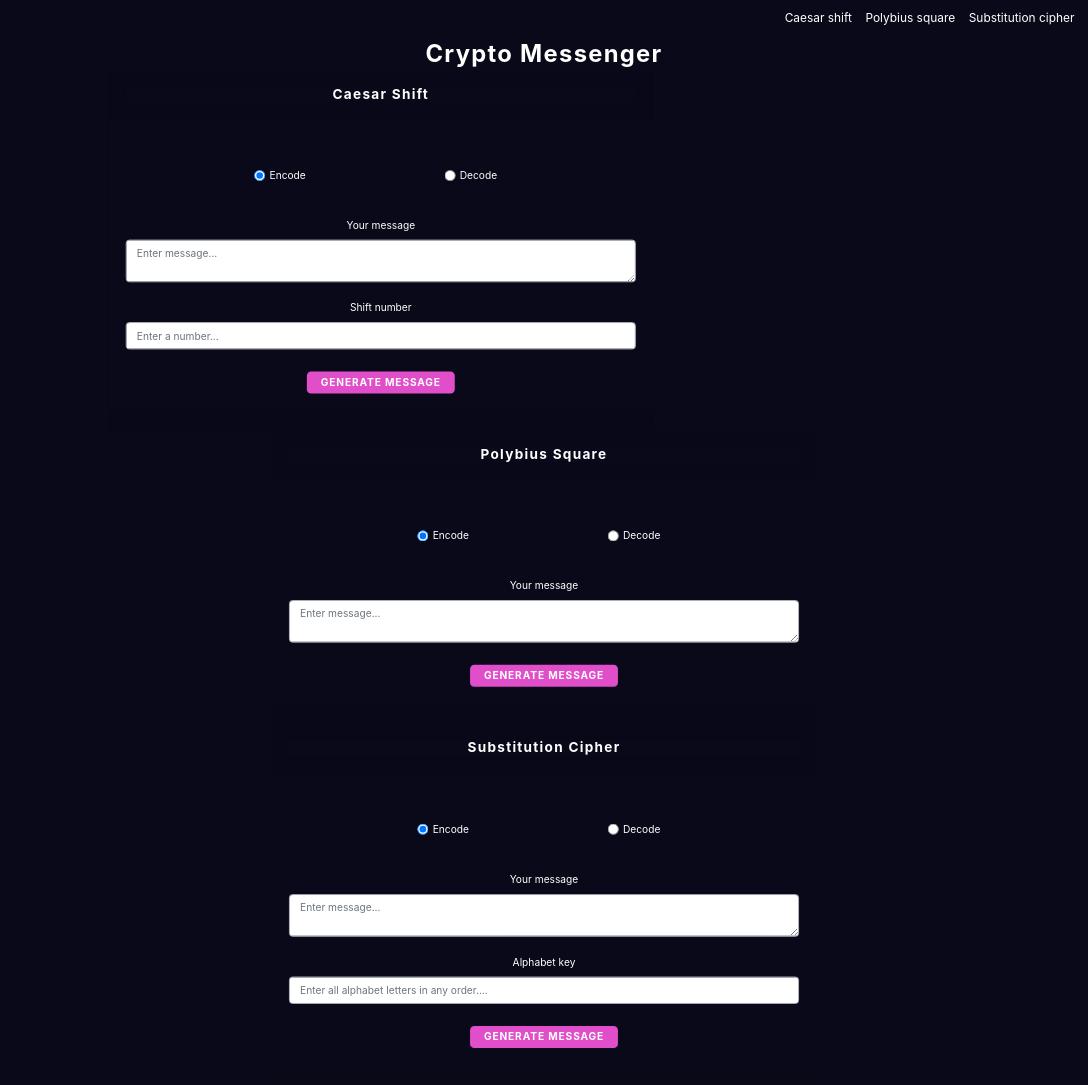
Repository: Rthompson2548/Project-Decoder-Ring
Page: index.html
These files come from the project's save history. The page is drawn as it stood at one moment and after a run of saves; the edit follows.
The browser window is 1280 px wide. The pictures show the whole page, at 85% of full size.

Above is the page before, as saved 2022-04-09 20:17:27.

### index.html
<!DOCTYPE html>
<html lang="en">

<head>
  <!-- Required meta tags -->
  <meta charset="utf-8" />
  <meta name="viewport" content="width=device-width, initial-scale=1, shrink-to-fit=no" />
  <link rel="icon" href="images/favicon.ico" />
  <link rel="stylesheet" type="text/css" href="index.css" />
  <link rel="stylesheet" href="https://stackpath.bootstrapcdn.com/bootstrap/4.5.2/css/bootstrap.min.css"
    integrity="sha384-JcKb8q3iqJ61gNV9KGb8thSsNjpSL0n8PARn9HuZOnIxN0hoP+VmmDGMN5t9UJ0Z" crossorigin="anonymous" />
<link rel="preconnect" href="https://fonts.googleapis.com">
<link rel="preconnect" href="https://fonts.gstatic.com" crossorigin>
<link href="https://fonts.googleapis.com/css2?family=Archivo&family=Montserrat&family=Work+Sans&display=swap"
  rel="stylesheet">
  <title>Crypto-Messenger</title>
</head>

<body>
  <header class="container-fluid border-0">
    <div class="nav-bar fixed-top">
      <div class="nav-bar">
        <a href="#caesar-shift"> <span class="nav-bar-item">
            Caesar shift
          </span> </a>
          <a href="#polybius-square"> <span class="nav-bar-item">
            Polybius square
          </span> </a>
          <a href="#substitution-cipher"> <span class="nav-bar-item">
            Substitution cipher
          </span> </a>
      </div>
    </div>
  </header>
  <main>
    <div class="header">
      <span class="page-title">
        Crypto Messenger
      </span>
      <!-- <p>Use ciphers to encode & decode messages</p> -->
      </div>

    <div class="page-content">
      <!-- Caesar Shift -->
      <section class="language-card">
        <div id="caesar-shift">
          <div class="card-header">
            <h2 class="language-card-title">Caesar Shift</h2>
            </div>
            <div class="card-body">
            <!-- <p class="language-card-description"> The Caesar Shift is a type of substitution cipher originally used by
              Julius Caesar to protect messages of military significance. It relies on taking the alphabet and
              "shifting" letters to the right or left, based on the typical alphabetic order. </p> -->
            <form id="caesar">
<!-- encode/decode radio option buttons -->
              <div class="encode-decode-options">
                <!-- encode option radio button -->
                <div class="form-check form-check-inline">
                  <input class="form-check-input" type="radio" name="caesar-options" id="caesar-options-encode" value="encode" checked />

                  <label class="form-check-label" for="caesar-options-encode">
                    Encode
                  </label>

                </div>
<!-- decode option radio button -->
                <div class="form-check form-check-inline">
                  <input class="form-check-input" type="radio" name="caesar-options" id="caesar-options-decode" value="decode" />

                  <label class="form-check-label" for="caesar-options-decode">
                    Decode
                  </label>

                </div>
              </div>

              <div class="form-group">
                <label for="caesar-input">Your message</label>
                <textarea class="form-control" id="caesar-input" rows="2" placeholder="Enter message..."></textarea>
                </div>
                <div class="form-group">
                  <label for="caesar-shift">Shift number</label>
                  <input type="number" class="form-control" id="caesar-shift" placeholder="Enter a number..." />
                </div>
              <div class="submit-button-container">
                <button class="submit-button" type="submit">GENERATE MESSAGE</button>
              </div>
            </form>
            </div>
          <div id="caesar-alert" class="alert alert-danger d-none" role="alert"> Something went wrong! Check your input
            and the shift amount and try again. </div>
          <div class="card-footer"><span class="font-weight-bold" id="caesar-output"></span> </div>
          </div>
          </section>
      <!-- Polybius -->
      <section>
        <div class="language-card" id="polybius-square">
          <div class="card-header">
            <h2 class="language-card-title">Polybius Square</h2>
            </div>
            <div class="card-body">
            <!-- <p class="language-card-description"> The Polybius Square is a cipher that is achieved by arranging a
              typical alphabet into a grid. Each letter is represented through a coordinate. For example, in the above
              table, the letter "B" would be represented by the numerical pair "21". </p> -->
            <form id="polybius">
              <div class="encode-decode-options">
                <div class="form-check form-check-inline">
                  <input class="form-check-input" type="radio" name="polybius-options" id="polybius-options-encode" value="encode"
                    checked />
                  <label class="form-check-label" for="polybius-options-encode">Encode</label>
                </div>
                <div class="form-check form-check-inline">
                  <input class="form-check-input" type="radio" name="polybius-options" id="polybius-options-decode" value="decode" />
                  <label class="form-check-label" for="polybius-options-decode">Decode</label>
                </div>
              </div>
              <div class="form-group">
                <label for="polybius-input">Your message</label>
                <textarea class="form-control" id="polybius-input" rows="2" placeholder="Enter message..."></textarea>
                </div>
              <div class="submit-button-container">
                <button class="submit-button" type="submit">GENERATE MESSAGE</button>
              </div>
            </form>
            </div>
          <div id="polybius-alert" class="alert alert-danger d-none" role="alert"> Something went wrong! Check your
            input and try again. </div>
          <div class="card-footer"><span class="font-weight-bold" id="polybius-output"></span> </div>
          </div>
          </section>
      <!-- Substitution -->
      <section id="substitution-cipher">
        <div class="language-card">
          <div class="card-header">
            <h2 class="language-card-title">Substitution Cipher</h2>
            </div>
            <div class="card-body">

            <form id="substitution">
              <div class="encode-decode-options">
                <div class="form-check form-check-inline">
                  <input class="form-check-input" type="radio" name="substitution-options" id="substitution-options-encode"
                    value="encode" checked />
                  <label class="form-check-label" for="substitution-options-encode">Encode</label>
                </div>
                <div class="form-check form-check-inline">
                  <input class="form-check-input" type="radio" name="substitution-options" id="substitution-options-decode"
                    value="decode" />
                  <label class="form-check-label" for="substitution-options-decode">Decode</label>
                </div>
              </div>
              <div class="form-group">
                <label for="substitution-input">Your message</label>
                <textarea class="form-control" id="substitution-input" rows="2" placeholder="Enter message..."></textarea>
                </div>
                <div class="form-group">
                  <label for="substitution-alphabet">Alphabet key</label>
                  <input type="text" class="form-control" id="substitution-alphabet" maxlength="26"
                    placeholder="Enter all alphabet letters in any order...." />
                </div>
              <div class="submit-button-container">
                <button class="submit-button" type="submit">GENERATE MESSAGE</button>
              </div>
            </form>
            </div>
          <div id="substitution-alert" class="alert alert-danger rounded-0 d-none" role="alert"> Something went wrong!
            Check your input and alphabet key. </div>
          <div class="card-footer border-0"><span class="font-weight-bold" id="substitution-output"></span> </div>
          </div>
          </section>
    </div>

  </main>
  <script src="./scripts/setup.js"></script>
  <script src="./src/caesar.js"></script>
  <script src="./src/polybius.js"></script>
  <script src="./src/substitution.js"></script>
  <script src="./scripts/caesar.js"></script>
  <script src="./scripts/polybius.js"></script>
  <script src="./scripts/substitution.js"></script>
</body>

</html>

### index.css
* {
  background-color: rgb(9 9 25);
  color: #fff;
  margin: 0;
  padding: 0;
}

html, body, #page {
    /* height:100%; */
    /* width:100%; */
    margin:0;
    padding:0;
    font-family: 'Montserrat', sans-serif;
}

input, textarea {
  font-size: 12px !important;
}

.page-content {
  /* font-family: 'Space Mono', monospace; */
  align-items: center;
  /* width: 750px; */
}

.page-title {
  color: #fff;
  font-size: 28px;
  font-weight: bold;
  display: flex;
  letter-spacing: 1.5px;
  justify-content: center;
  margin-top: 42px;
}

.nav-bar {
  display: flex;
  justify-content: center;
  padding: 4px 0;
}

.nav-bar-item {
  font-size: 14px;
  margin-right: 16px;
}

.header {
  display: flex;
  justify-content: center;
}

.encode-decode-options {
  display: flex;
  justify-content: space-evenly;
  margin: 36px 0;
  font-size: 15px;
}

section {
  text-align: center;
}

.language-card {
  display: inline-block;
  width: 50%;
  color: #000;
  border: none;
  border-radius: 8px;
  margin: 0 10%;
}

.language-card-title {
  font-size: 20px;
  font-weight: bold;
  letter-spacing: 1.5px;
  margin-top: 5px;
}

.language-card-description {
  font-size: 14px;
  line-height: 1.5rem;
  letter-spacing: 0.5px;
  margin-bottom: 18px;
}

.submit-button-container {
  display: flex;
  justify-content: center;
}

.submit-button {
  background-color: rgb(225 78 202);
  border: none;
  color: #fff;
  border-radius: 5px;
  padding: 4px 16px;
  margin-top: 10px;
  font-size: 12px;
  letter-spacing: 1px;
  font-weight: bold;
}

@media (min-width: 1000px) {

  .page-content {

  }

  .nav-bar {
    justify-content: end;
  }

  .language-card-title {
    font-size: 16px;
  }

  .language-card-description {
    font-size: 12px;
  }

  label {
    font-size: 12px;
  }
}

### src/caesar.js
const caesarModule = (function() {
    function caesar(input, shift, encode = true) {
        if (!shift || shift === 0 || shift < -25 || shift > 25) return false;
        /* create a variable that takes the input value and converts it to lower case letters so that all characters have the correct ascii values */
        let word = input.toLowerCase().split("");

        /** will subtract the shift value from the word if "decode" to return the original letters of the word */
        if (!encode) shift = 0 - shift;
        // create a variable that maps each letter of the word
        const message = word.map((letter) => {
            let asciiValue = letter.charCodeAt(0) - 97;
            if (asciiValue < 0 || asciiValue > 26) return letter;

            /* add the ascii code value of the letter to the
            shift argument value to convert  it to the right
            character */
            asciiValue += shift;

            /* if the character's value is less than the 'a' value,
            add 26 to it so that it wraps around the alphabet. */
            if (asciiValue < 0) asciiValue += 26;
            asciiValue = asciiValue % 26;

            /* why do we add the ascii value to 97, which is 'a', if
            we already added it's ascii value to shift? Isn't that how
            we encode the message? */

            asciiValue += 97;

            /* user String.fromCharCode to connect the ascii
            code message back to letter values */
            return String.fromCharCode(asciiValue);
        });

        /* join each new character together to create a full word */
        return message.join("");
    }


    return {
        caesar,
    };
})();

module.exports = {
    caesar: caesarModule.caesar
};

### src/polybius.js
const polybiusModule = (function() {
    function polybius(input, encode = true) {
        /* create a variable that takes the input message, converts it all to lowercase, and use split to return an array of each letter separated by a single comma */
        const split = input.toLowerCase().split("");
        /* create an array of every letter(s) in the polybius square. This array will be separated into multiple inner arrays of letters within the array according to their row */
        const polybiusSquare = [
            ["a", "b", "c", "d", "e"],
            ["f", "g", "h", "(i/j)", "k"],
            ["l", "m", "n", "o", "p"],
            ["q", "r", "s", "t", "u"],
            ["v", "w", "x", "y", "z"],
        ];
        /* create an if statement for what to do if the inputted message should be encoded */
        if (encode) {
            /* create a variable that uses map method on the lowercase message */
            const codedMessage = split.map((letter) => {
                /* create a variable that takes each character from the inputted message array and converts it into it's unicode value. */
                const asciiLetterValue = letter.charCodeAt(0);
                /* use an if statement to return only characters between
                   lowercase 'a' and 'z' ascii values, as well as checking that
                   the character is not a space  */
                if ((asciiLetterValue < 97 || asciiLetterValue > 122) && asciiLetterValue != 32) return;
                /* run a for loop through the polybius square array */
                for (let i = 0; i < polybiusSquare.length; i++) {
                    /* run a for loop within that for loop through each inner array */
                    for (let j = 0; j < polybiusSquare[i].length; j++) {
                        if (polybiusSquare[i][j] === letter) return `${j + 1}${i + 1}`;
                        if (letter === "i" || letter === "j") return "42";
                        if (letter === " ") return " ";
                    }
                }
            });
            /* return the variable that split and lower case'd the original message argument */
            return codedMessage.join("");
        }

        /* decode */

        /* set a variable as an empty string to hold decoded message */
        let codedMessage = "";
        /* run a for loop through the message array, but increment i by 2, because each encoded character amounts to 2 number values */
        for (let i = 0; i < split.length; i += 2) {
            /* create an if statement that checks if the value in the message is a space */
            if (split[i] === " ") {
                /* if the value is true, then add a space string to the decoded message string */
                codedMessage += " ";
                /* switch incrementor to go back one "a" value in order to not include the next number in the string */
                i--;
                /* run a continue statement, which will terminate the i-1 incrementor and return back to a+=2 for the next numbers in the string*/
                continue;
            }
            if (!split[i + 1]) return false; // invalid number of characters
            codedMessage += polybiusSquare[split[i + 1] - 1][split[i] - 1];
        }
        // return the coded message

        return codedMessage;
    }

    return {
        polybius,
    };
})();

module.exports = {
    polybius: polybiusModule.polybius
};

### src/substitution.js
const substitutionModule = (function () {
/* helper function for message and both alphabet strings */
    function mapInput(message, alphabetA, alphabetB) {

        /* use the map method on the input message */
        return message.map((letter) => {
            const index = alphabetA.indexOf(letter);
            /* if statement that returns any characters that
             were not found in the string */
            if (index === -1) return letter;
            return alphabetB[index];
        });
    }

  function substitution(input, alphabet, encode = true) {
        if (!alphabet || alphabet.length != 26) return false;

        /* variable that takes the correct alphabet
        string and returns an array of the letters, separated by a comma */
        const abc = "abcdefghijklmnopqrstuvwxyz".split("");

        /* variable that takes the alphabet argument and
        returns it in lower case, separated by commas */
        const splitAlphabet = alphabet.toLowerCase().split("");

        /* variable that takes the message argument,
        and returns it converted to lower case and separated
        by commas */
        const message = input.toLowerCase().split("");

        /* use a nested for loop to compare the characters
          in the alphabet argument to check for uniqueness */
        for (let i = 0; i < splitAlphabet.length; i++) {
            for (let j = i + 1; j < splitAlphabet.length; j++) {
                if (splitAlphabet[i] === splitAlphabet[j]) return false;
            }
        }

        if (encode) return mapInput(message, abc, splitAlphabet).join("");
        return mapInput(message, splitAlphabet, abc).join("");
}

  return {
    substitution,
  };
})();

module.exports = { substitution: substitutionModule.substitution };

### scripts/caesar.js
function caesarRenderer() {

  const form = document.querySelector("#caesar");

  form.addEventListener("submit", (event) => {
    event.preventDefault();

    /** grabs input value via the textarea's id */
    const input = event.target["caesar-input"].value;

    /** direction will be either "encode" or "decode" */
    const direction = event.target["caesar-options"].value;

    /** grabs the value of the shift number input (aka the number to shift the message by) */
    const shift = event.target["caesar-shift"].value;

    /** sets the value of the shift in integer form */
    const result =
      direction === "encode"
        ? caesarModule.caesar(input, Number(shift))
        : caesarModule.caesar(input, Number(shift), false);

    const alert = document.querySelector("#caesar-alert");

    if (result) {
      alert.classList.add("d-none");
      const output = document.querySelector("#caesar-output");
      output.innerHTML = result;
    } else {
      alert.classList.remove("d-none");
    }
  });
}

document.addEventListener("DOMContentLoaded", caesarRenderer);

### scripts/polybius.js
function polybiusRenderer() {
  const form = document.querySelector("#polybius");
  form.addEventListener("submit", (event) => {
    event.preventDefault();

    const input = event.target["polybius-input"].value;
    const direction = event.target["polybius-options"].value;
    const result =
      direction === "encode"
        ? polybiusModule.polybius(input)
        : polybiusModule.polybius(input, false);

    const alert = document.querySelector("#polybius-alert");
    if (result) {
      alert.classList.add("d-none");
      const output = document.querySelector("#polybius-output");
      output.innerHTML = result;
    } else {
      alert.classList.remove("d-none");
    }
  });
}

document.addEventListener("DOMContentLoaded", polybiusRenderer);

### scripts/substitution.js
function substitutionRenderer() {
  const form = document.querySelector("#substitution");
  form.addEventListener("submit", (event) => {
    event.preventDefault();

    const input = event.target["substitution-input"].value;
    const direction = event.target["substitution-options"].value;
    const alphabet = event.target["substitution-alphabet"].value;
    const result =
      direction === "encode"
        ? substitutionModule.substitution(input, alphabet)
        : substitutionModule.substitution(input, alphabet, false);

    const alert = document.querySelector("#substitution-alert");
    if (result) {
      alert.classList.add("d-none");
      const output = document.querySelector("#substitution-output");
      output.innerHTML = result;
    } else {
      alert.classList.remove("d-none");
    }
  });
}

document.addEventListener("DOMContentLoaded", substitutionRenderer);

Loaded but not shown: scripts/setup.js (common file)

After the next 2 saves:
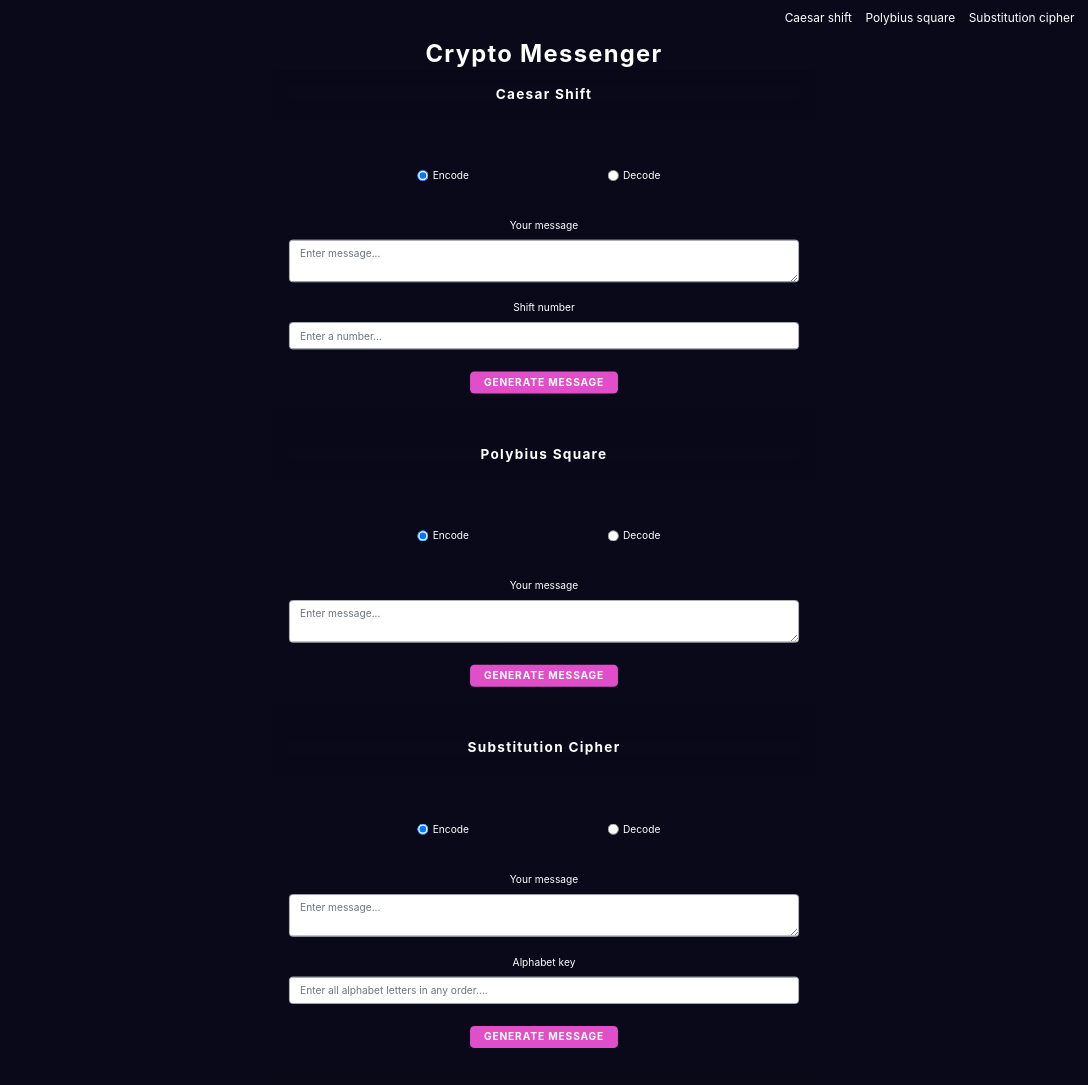
The 2 saves are shown as one change because they came seconds apart.
The last was saved 9 s later.
--- a/index.html
+++ b/index.html
@@ -42,8 +42,8 @@
 
     <div class="page-content">
       <!-- Caesar Shift -->
-      <section class="language-card">
-        <div id="caesar-shift">
+      <section>
+        <div class="language-card" id="caesar-shift">
           <div class="card-header">
             <h2 class="language-card-title">Caesar Shift</h2>
             </div>
